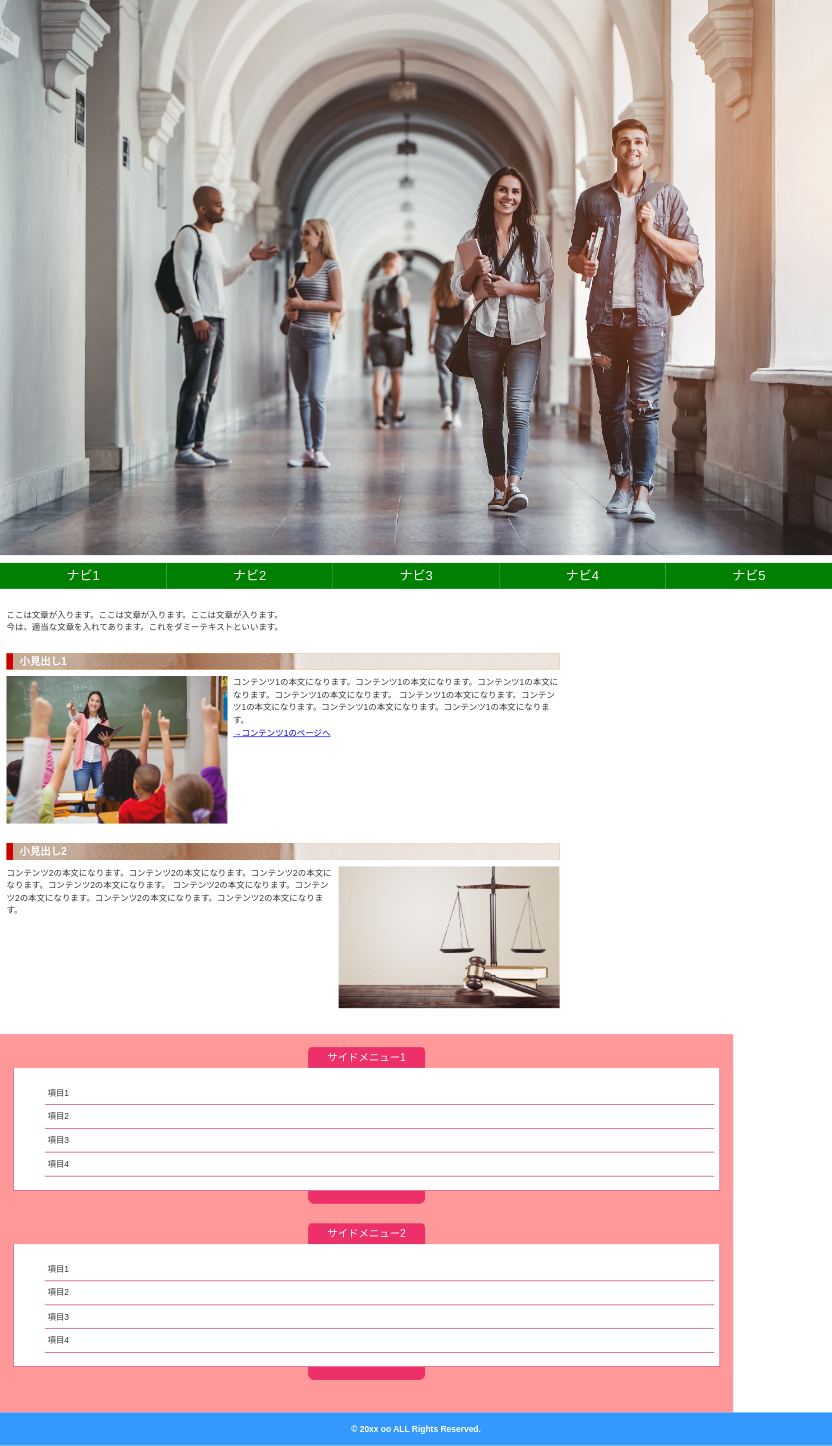
Repository: kasaro0316/samurai_HTML-CSS
Page: home.html
The author's editor kept a record of every edit. The page is drawn from the files as they stood at one moment, then again after the next edit.
The browser window is 1280 px wide. The pictures show the whole page, at 65% of full size.

Above is the page before.

### home.html
<!DOCTYPE html>
<html lang="ja">
  <head>
    <meta charset="UTF-8">
    <title>HTML/cssの学習</title>
    <link rel="stylesheet" href="stylesheet.css">
  </head>
  <body>
    <div id="header">
      <h1><a href="index.html"><img id="corridor" src="images/corridor.jpg" alt="大学の廊下" /></a></h1>
    </div>
    <div id="wrapper">
      <div id="nav">
        <ul>
          <li><a href="home.html">ナビ1</a></li>
          <li><a href="#">ナビ2</a></li>
          <li><a href="#">ナビ3</a></li>
          <li><a href="#">ナビ4</a></li>
          <li><a href="#">ナビ5</a></li>
        </ul>
      </div>
      <div id="container">
        <div id="main">
          <div class="post">
            <p>ここは文章が入ります。ここは文章が入ります。ここは文章が入ります。<br />今は、適当な文章を入れてあります。これをダミーテキストといいます。</p>
          </div>
          <div class="post clearfix">
            <h2>小見出し1</h2>
            <img class="left" src="images/classroom.jpg" alt="授業風景" />
            <p>
              コンテンツ1の本文になります。コンテンツ1の本文になります。コンテンツ1の本文になります。コンテンツ1の本文になります。
              コンテンツ1の本文になります。コンテンツ1の本文になります。コンテンツ1の本文になります。コンテンツ1の本文になります。
            </p>
            <p><a href="#">→コンテンツ1のページへ</a></p>
          </div>
          <div class="post clearfix">
            <h2>小見出し2</h2>
            <img class="right" src="images/scale.jpg" alt="天秤" />
            <p>
              コンテンツ2の本文になります。コンテンツ2の本文になります。コンテンツ2の本文になります。コンテンツ2の本文になります。
              コンテンツ2の本文になります。コンテンツ2の本文になります。コンテンツ2の本文になります。コンテンツ2の本文になります。
            </p>
          </div>
        </div>
      </div>
      <div id="side">
        <div class="box">
          <h2>サイドメニュー1</h2>
          <div class="boxBody">
            <ul>
              <li>項目1</li>
              <li>項目2</li>
              <li>項目3</li>
              <li>項目4</li>
            </ul>
          </div>
        </div>
        <div class="box">
          <h2>サイドメニュー2</h2>
          <div class="boxBody">
            <ul>
              <li>項目1</li>
              <li>項目2</li>
              <li>項目3</li>
              <li>項目4</li>
            </ul>
          </div>
        </div>
      </div>
      <div id="footer">
        <p>&copy; 20xx oo ALL Rights Reserved.</p>
      </div>
    </div>
  </body>
</html>

### stylesheet.css
@charset "utf-8";

body {
  margin: 0;
  padding: 0;
  font-family: "ヒラギノ角ゴ pro w3","Hiragino Kaku Gothic pro","メイリオ",Meiryo,Osaka,"MS Pゴシック","MS PGothic",sans-serif;
  color: #333;
  font-size: 13px;
  line-height: 150%;
}
/*------------------------------------------------wrapper--------------------------------------------------*/
#wrapper {
  width: 100%;
  margin: auto;
  padding: 0px;
  border: 0px;
  background-color: #FFF;
  top: 10px;
  position: relative;
}

/* ---------------------------------------------header-------------------------------------------- */
#header {
  width: 100%;
}
#header h1 {
  margin: 0;
  padding: 0;
}

#corridor {
  width: 100%;
  height: auto;
}
/*-----------footer-----------*/
#footer {
  clear: both;
  width: 100%;
  padding: 3px 0 3px 0;
  background: #39f;
  color: #fff;
  font-weight: bold;
  text-align: center;
}

/*--------nav---------*/
#nav {
  width: 100%;
}
#nav ul {
  display: flex;
  margin: 0;
  padding: 0;
  list-style-type: none;
}
#nav ul li {
  width: 20%;
  text-align: center;
}
#nav ul li a {
  display: block;
	height: 20px;
	margin: 0;
  padding: 10px;
  color: #FFF;
	font-size: 20px;
	text-decoration: none;
  background-color: green;
}
  /* -------------------- container -------------------- */
#container {
  width: 100%;
  margin: auto;
  padding: auto;
 	padding-top: 20px;
 	clear: both;
 	display: grid;
 	grid-template-columns: 70vw 30vw;
}
/* -------------------- main -------------------- */
#main {
  width: 95%;
  padding: 10px 30px 10px 10px;
}
#main h2 {
  margin: 0 0 10px 0;
  padding: 3px 10px 3px 10px;
  color: #FFF;
  font-size: 16px;
  border-left: solid 10px #C00;
  background: #F90 url(../images/corridor.jpg) right top repeat-y;
}
#main p {
  margin: 0;
  padding: 0;
}
#main .post {
  margin: 0 0 30px 0;
}
#main .post img.right {
  margin: 0 0 0 8px;
}
#main .post img.left {
  margin: 0 8px 0 0;
}
.right {
  float: right;
  width: 40%;
  height: auto;
}
.left {
  float: left;
  width: 40%;
  height: auto;
}
  /* -------------------- clearfix -------------------- */
.clearfix {
  zoom: 1;
}
.clearfix:after{
  content: "";
  display: block;
  clear: both;
}
  /*------side---------------------------*/
#side {
  width: 85%;
  padding: 20px;
  background-color: #F99;
}
#side .box {
  margin: 0 auto 30px auto;
  padding: 0 0 20px 0;
  background: url(images/side_box.png) bottom no-repeat;
}
#side .box h2 {
  margin: 0;
  padding: 8px;
  text-align: center;
  color: #fff;
  font-size: 16px;
  line-height: 16px;
  font-weight: normal;
  background: url(images/side_box_h2.png) center no-repeat;
}
#side .box .boxBody {
  padding: 8px;
  border-right: solid 1px #C36;
  border-bottom: solid 1px #C36;
  border-left: solid 1px #C36;
  background: #fff;
}
#side .box .boxBody u1 {
  margin: 0 0 16px 0;
  padding: 0;
}
#side .box .boxBody ul li {
  padding: 8px 0 8px 4px;
  list-style: none;
  border-bottom: solid 1px #C36;
}
#side .box .boxBody ul li:hover {
  padding: 8px 0 8px 4px;
  list-style: none;
  border-bottom: solid 1px #C36;
  box-shadow: 0px 4px 4px rgba(0, 0, 0, 0.3);
}

After the next edit:
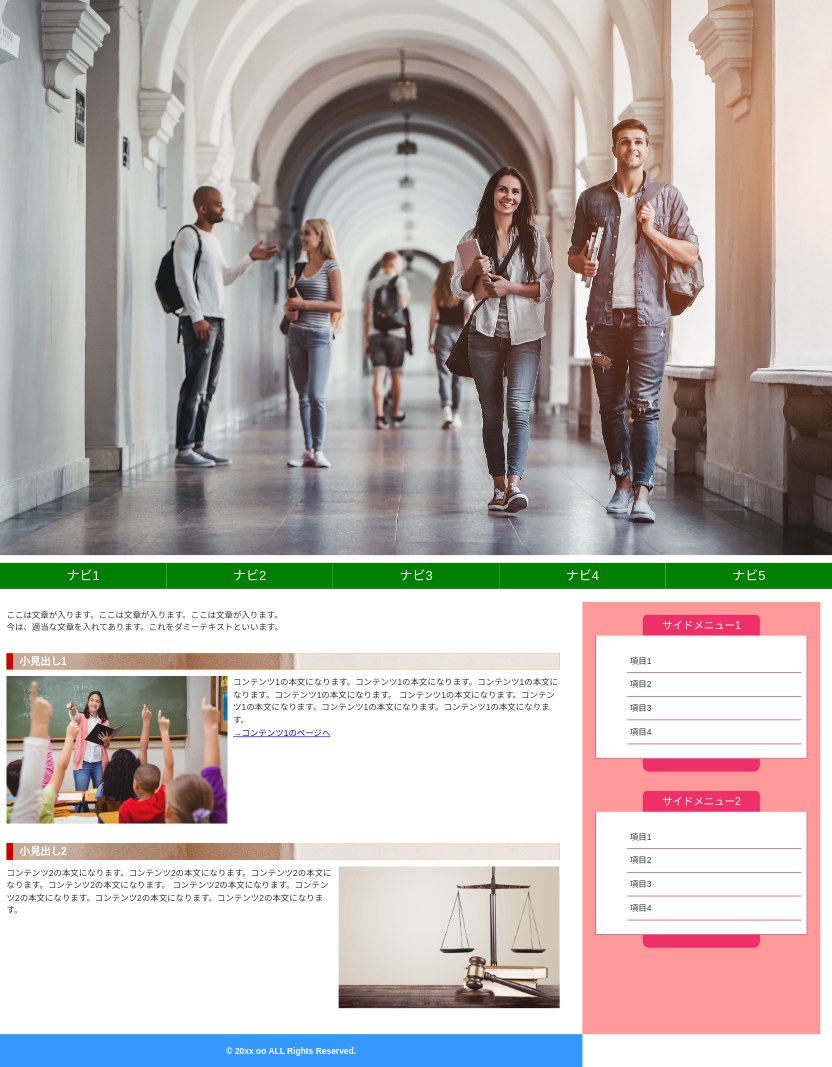
The edit:
--- a/home.html
+++ b/home.html
@@ -42,25 +42,24 @@
             </p>
           </div>
         </div>
-      </div>
-      <div id="side">
-        <div class="box">
-          <h2>サイドメニュー1</h2>
-          <div class="boxBody">
-            <ul>
-              <li>項目1</li>
-              <li>項目2</li>
-              <li>項目3</li>
-              <li>項目4</li>
-            </ul>
-          </div>
-        </div>
-        <div class="box">
-          <h2>サイドメニュー2</h2>
-          <div class="boxBody">
-            <ul>
-              <li>項目1</li>
-              <li>項目2</li>
+        <div id="side">
+          <div class="box">
+            <h2>サイドメニュー1</h2>
+            <div class="boxBody">
+              <ul>
+                <li>項目1</li>
+                <li>項目2</li>
+                <li>項目3</li>
+                <li>項目4</li>
+               </ul>
+           </div>
+         </div>
+         <div class="box">
+           <h2>サイドメニュー2</h2>
+           <div class="boxBody">
+             <ul>
+               <li>項目1</li>
+               <li>項目2</li>
               <li>項目3</li>
               <li>項目4</li>
             </ul>
